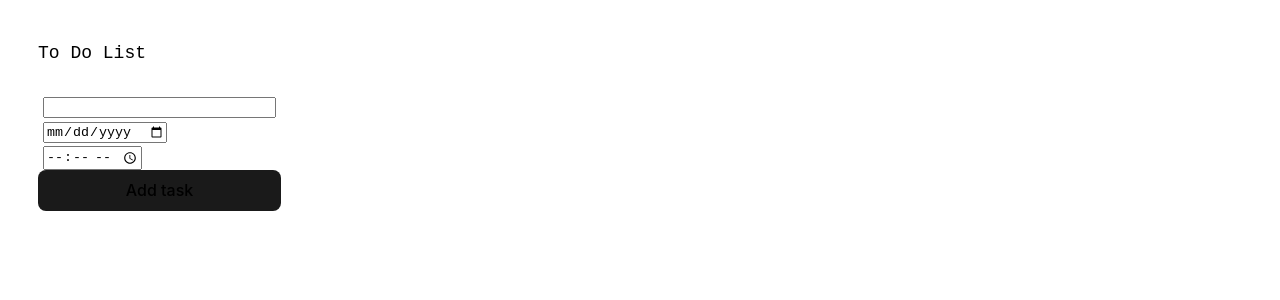
Repository: aknurkappar/nfactorial-web-advanced-todolist-homework
Page: / (app in front/toDoFront/)
The author's editor kept a copy of each file at every save. The page is drawn from the files as they stood at one save, then again after a run of saves.
The browser window is 1280 px wide. The pictures show the whole page.
The page's requests for data from a server got no answer. The project was rebuilt for these pictures with package versions that can differ from the ones it lists, and the page was loaded fresh each time. No one was signed in, and anything a server would have sent is missing. Also part of the build but not shown: front/toDoFront/vite.config.ts.

Above is the page before, as saved 2023-05-09 14:59:26.

After the next 4 saves:
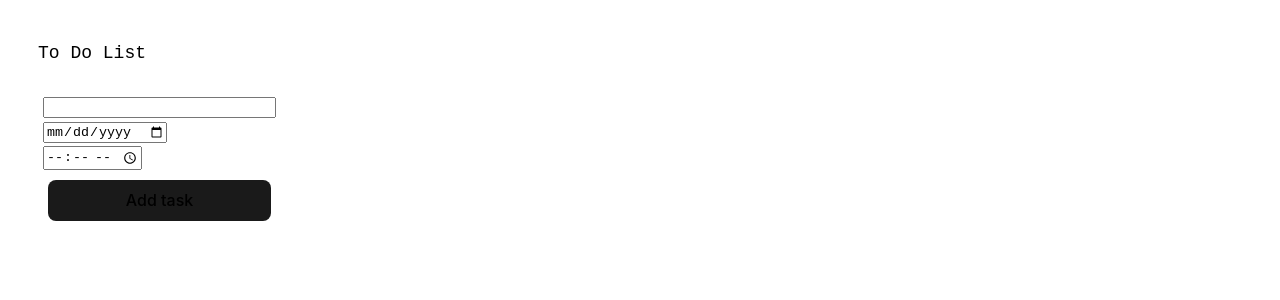
The 4 saves are shown as one change because they came seconds apart.
The last was saved 26 s later.
--- a/front/toDoFront/src/components/AddTaskComponent/index.css
+++ b/front/toDoFront/src/components/AddTaskComponent/index.css
@@ -4,3 +4,7 @@
     display: flex;
     flex-direction: column;
 }
+
+.add-task-form button{
+    margin: 10px;
+}
